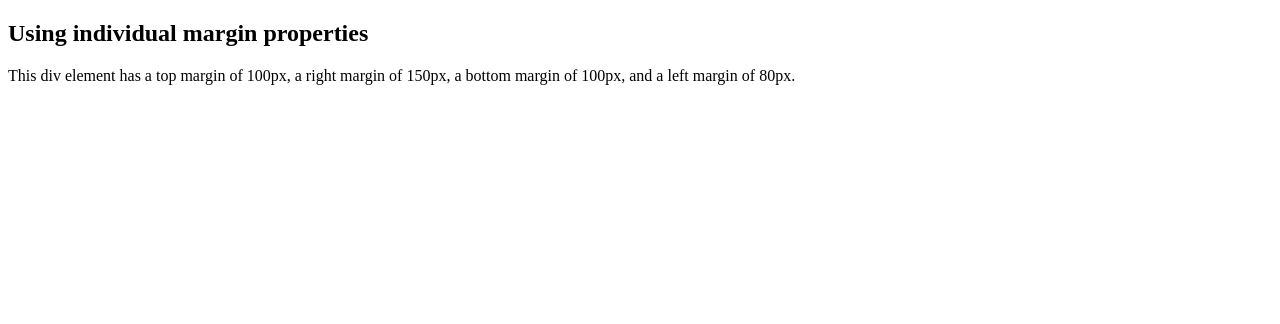
Repository: skybluelion/KB
Page: KB/work05_front/front02_css3/src/main/webapp/css02_margin.html
An editor plug-in stored every save of this project. The page is shown before and after the next save, followed by the edit.
The browser window is 1280 px wide. The pictures show the whole page.

Above is the page before, as saved 2023-04-10 00:58:39.

### KB/work05_front/front02_css3/src/main/webapp/css02_margin.html
<!DOCTYPE html>
<html>
<head>
<style>

</style>
</head>
<body>

<h2>Using individual margin properties</h2>

<div>This div element has a top margin of 100px, a right margin of 150px, a bottom margin of 100px, and a left margin of 80px.</div>

</body>
</html>

### KB/work05_front/front02_css3/src/main/webapp/css/style.css
@charset "UTF-8";

div {
  border: 1px solid black;
/*   margin-top: 100px;
  margin-bottom: 100px;
  margin-right: 150px;
  margin-left: 80px;

  margin: 100px 150px 100px 80px; 시계방향 상우하좌*/
/*   margin: 100px; 상하좌우 전체 */
  margin: 100px 200px; /* 상하100, 좌우 200 */
  background-color: lightblue;

  padding: 50px;
}

After the next save:
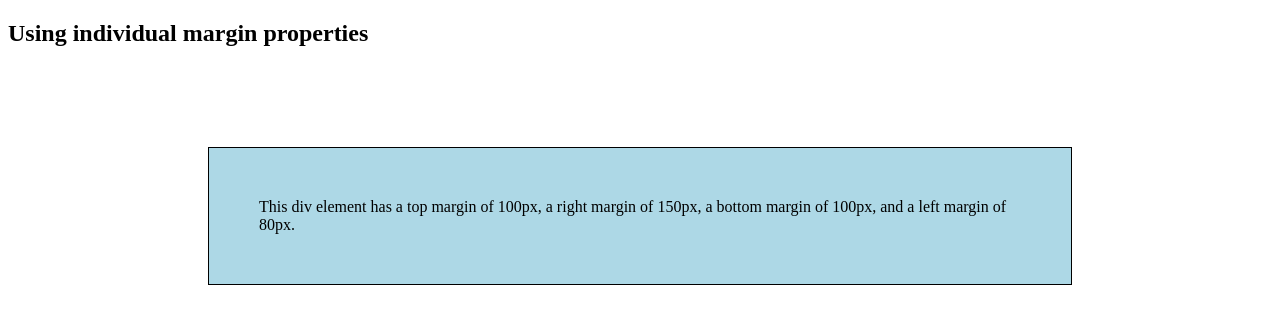
Saved 2 min 34 s later.
--- a/KB/work05_front/front02_css3/src/main/webapp/css02_margin.html
+++ b/KB/work05_front/front02_css3/src/main/webapp/css02_margin.html
@@ -1,9 +1,9 @@
 <!DOCTYPE html>
 <html>
 <head>
-<style>
+<!-- css 파일을 외부에 만들어 놓고 / html 에서 연결해서 사용 :: link 태그를 이용-->
+<link rel="stylesheet" href="./css/style.css">
 
-</style>
 </head>
 <body>
 
